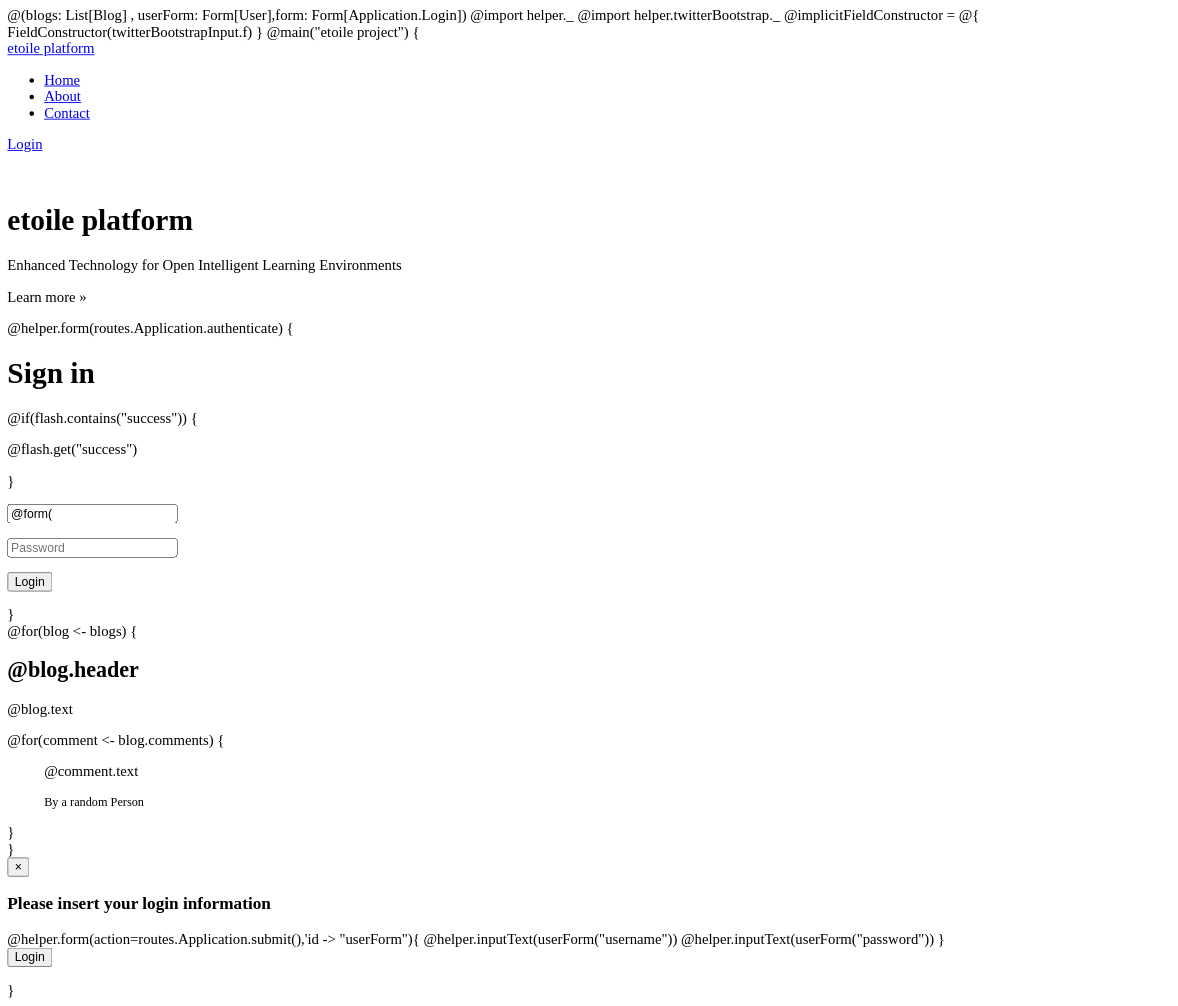
Repository: lopesdasilva/etoile
Page: etoile-play/.target/views/index.scala.html
An editor plug-in stored every save of this project. The page is shown before and after the next save, followed by the edit.
The browser window is 1280 px wide. The pictures show the whole page, at 92% of full size.

Above is the page before, as saved 2012-10-23 10:51:58.

### etoile-play/.target/views/index.scala.html
@(blogs: List[Blog] , userForm: Form[User],form: Form[Application.Login])

@import helper._
@import helper.twitterBootstrap._
@implicitFieldConstructor = @{ FieldConstructor(twitterBootstrapInput.f) }
@main("etoile project") {

<div class="navbar navbar-inverse navbar-fixed-top">
      <div class="navbar-inner">
        <div class="container">
          <a class="btn btn-navbar" data-toggle="collapse" data-target=".nav-collapse">
            <span class="icon-bar"></span>
            <span class="icon-bar"></span>
            <span class="icon-bar"></span>
          </a>
          <a class="brand" href="#">etoile platform</a>
          <div class="nav-collapse collapse">
            <ul class="nav">
              <li class="active"><a href="#">Home</a></li>
              <li><a href="#about">About</a></li>
              <li><a href="#contact">Contact</a></li>
            </ul>
            <form class="navbar-form pull-right">
             <a href="#loginModal" role="button" class="btn btn-primary" data-toggle="modal">Login</a>



            </form>
          </div><!--/.nav-collapse -->
        </div>
      </div>
    </div>


 <br>
<div class="hero-unit">
	<h1>etoile platform</h1>
	<p>Enhanced Technology for Open Intelligent Learning Environments</p>
	 <p><a class="btn btn-primary btn-large">Learn more &raquo;</a></p>
</div>

 @helper.form(routes.Application.authenticate) {

            <h1>Sign in</h1>



            @if(flash.contains("success")) {
                <p class="success">
                    @flash.get("success")
                </p>
            }

            <p>
                <input type="username" name="username" placeholder="Username" value="@form("username").value">
            </p>
            <p>
                <input type="password" name="password" placeholder="Password">
            </p>
            <p>
                <button type="submit">Login</button>
            </p>

        }

<!-- Example row of columns -->
<div class="row" >
	@for(blog <- blogs) {
	<div class="span12">
		<h2>@blog.header</h2>
		<p>@blog.text</p>
		@for(comment <- blog.comments) {
		<blockquote>
			<p>@comment.text</p>
			<small>By a random Person</small>
		</blockquote>
		}
	</div>
	}
</div>

<form>
<div id="loginModal" class="modal hide fade" tabindex="-1" role="dialog" aria-labelledby="myModalLabel" aria-hidden="true">
  <div class="modal-header">
    <button type="button" class="close" data-dismiss="modal" aria-hidden="true">&times;</button>
    <h3 id="myModalLabel">Please insert your login information</h3>
  </div>
  <div class="modal-body">
   @helper.form(action=routes.Application.submit(),'id -> "userForm"){
			              	@helper.inputText(userForm("username"))
			              	            	@helper.inputText(userForm("password"))
			              	            	}
  </div>
  <div class="modal-footer">
    <button class="btn btn-primary" formaction="signup" formmethod="post">Login</button>
  </div>
</div>
</form>

}

After the next save:
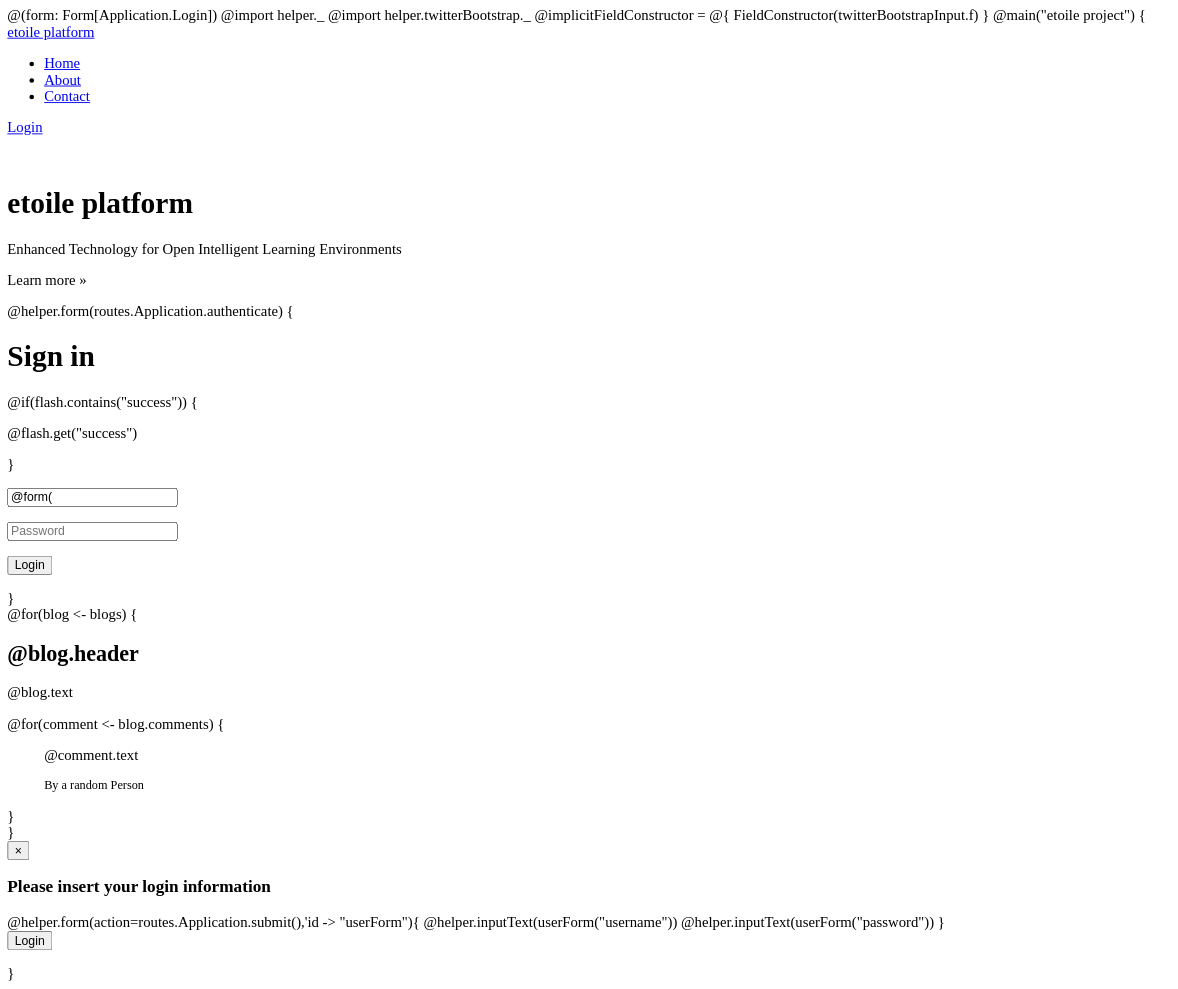
Saved 17 s later.
--- a/etoile-play/.target/views/index.scala.html
+++ b/etoile-play/.target/views/index.scala.html
@@ -1,4 +1,4 @@
-@(blogs: List[Blog] , userForm: Form[User],form: Form[Application.Login])
+@(form: Form[Application.Login])
 
 @import helper._
 @import helper.twitterBootstrap._
